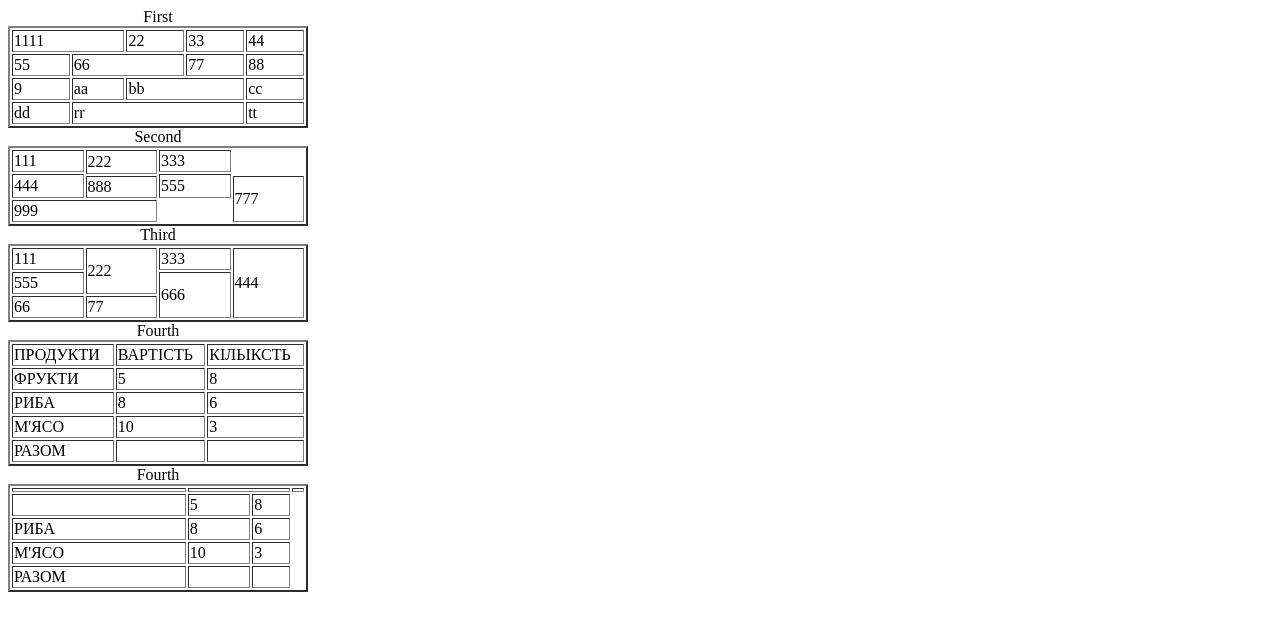
Repository: KseniaMakara/Web
Page: tables/index.html
These files come from the project's save history. The page is drawn as it stood at one moment and after the next save; the edit follows.
The browser window is 1280 px wide. The pictures show the whole page.

Above is the page before, as saved 2021-02-14 14:47:00.

After the next save:
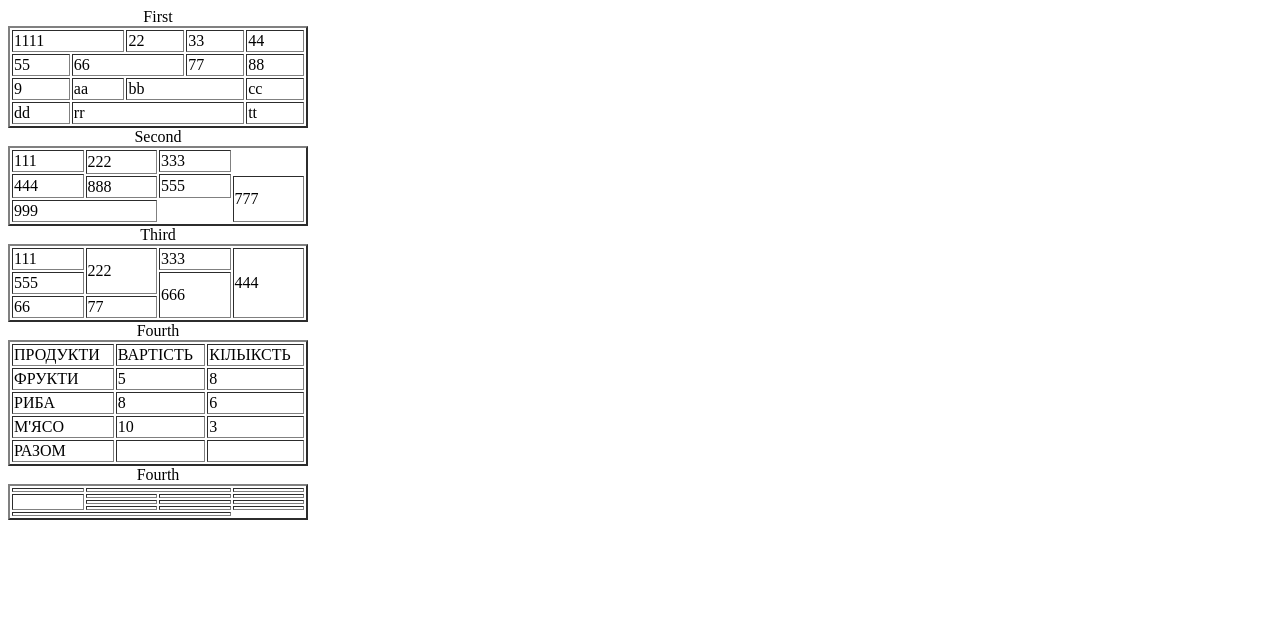
Saved 93 s later.
--- a/tables/index.html
+++ b/tables/index.html
@@ -112,25 +112,25 @@
 
                     </tr>
                     <tr>
+                        <td rowspan="3">  </td>
                         <td >  </td>
-                        <td > 5 </td>
-                        <td > 8 </td>
-                    </tr>
-
-                    <tr>
-                        <td > РИБА </td>
-                        <td > 8 </td>
-                        <td > 6 </td>
-                    </tr>
-                    <tr>
-                        <td > М'ЯСО </td>
-                        <td > 10 </td>
-                        <td > 3 </td>
-                    </tr>
-                    <tr>
-                        <td > РАЗОМ </td>
                         <td >  </td>
                         <td >  </td>
                     </tr>
 
+                    <tr>
+                        <td >  </td>
+                        <td >  </td>
+                        <td >  </td>
+                    </tr>
+                    <tr>
+                        <td > </td>
+                        <td >  </td>
+                        <td >  </td>
+                    </tr>
+                    <tr>
+                        <td colspan="3"> </td>
+
+                    </tr>
+
                     </table>
